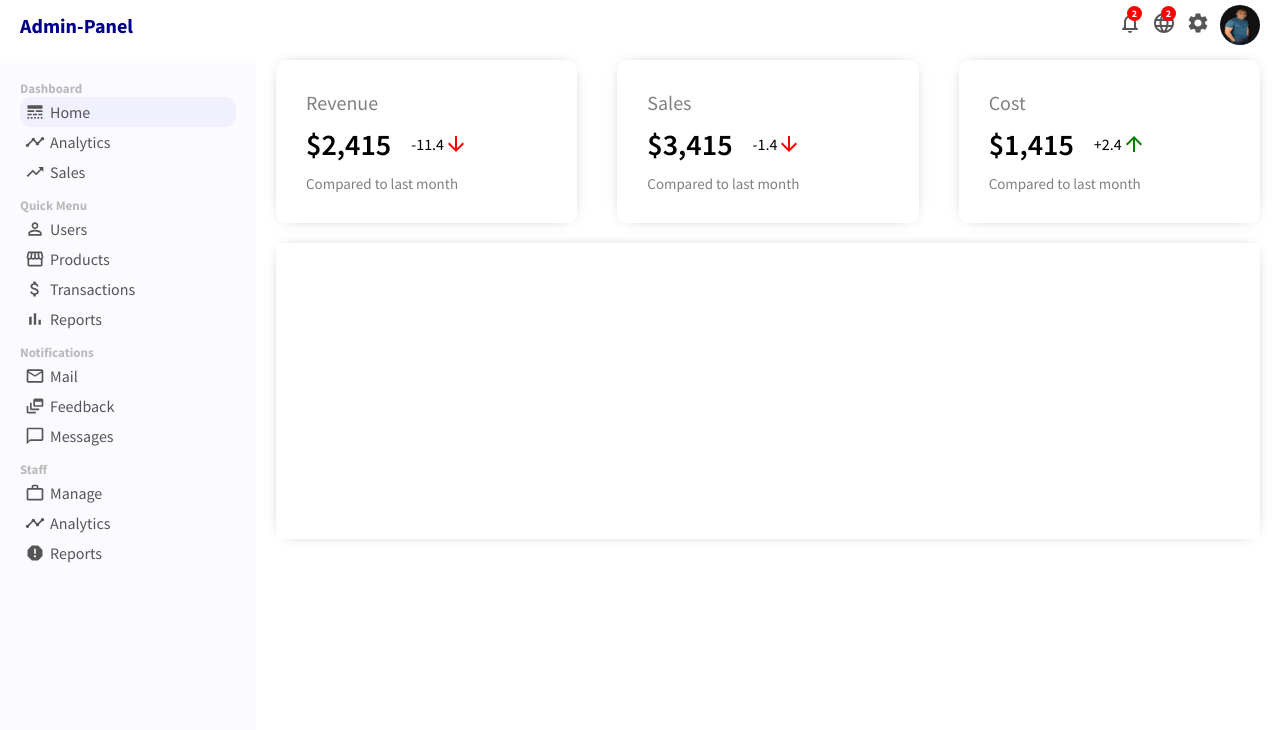
Repository: Samkiroko/admin-panel-ui
Page: /
The author's editor kept a copy of each file at every save. The page is drawn from the files as they stood at one save, then again after the next save.
The browser window is 1280 px wide. The pictures show the whole page.
The project was rebuilt for these pictures with package versions that can differ from the ones it lists, and the page was loaded fresh each time.

Above is the page before, as saved 2021-09-22 19:49:27.

After the next save:
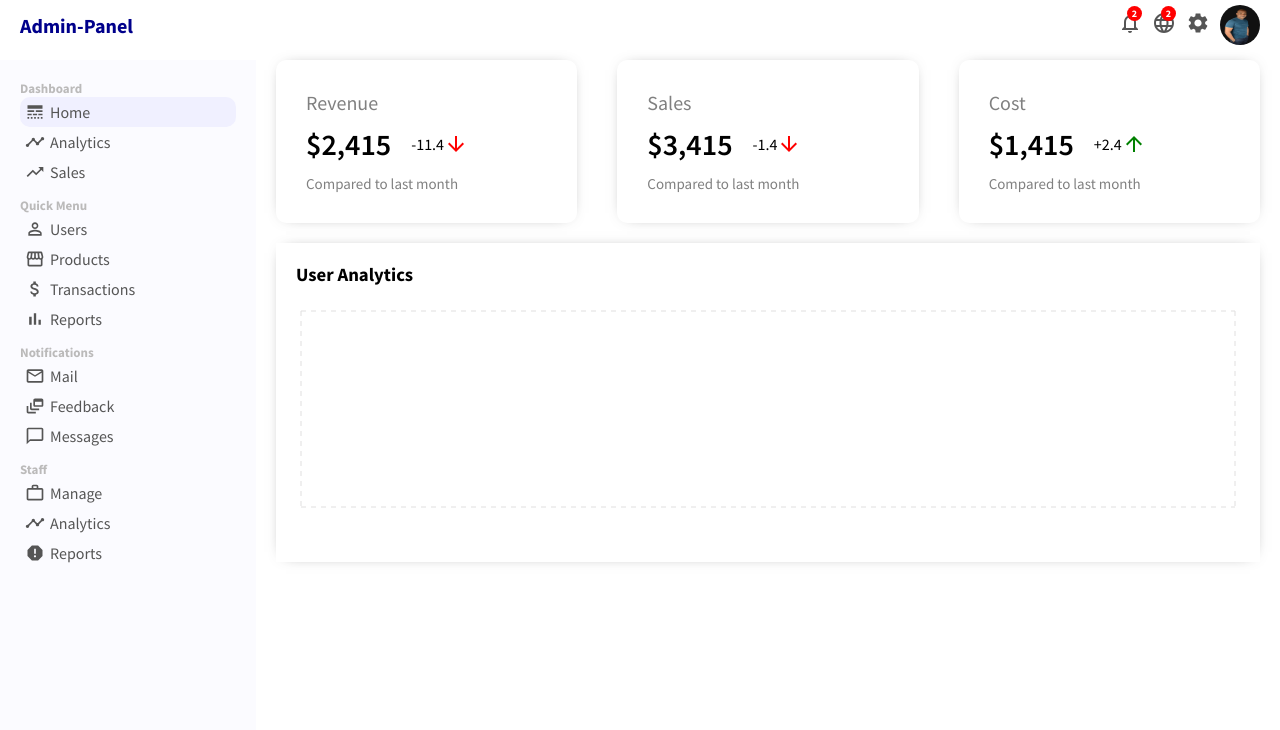
Saved 5 min 56 s later.
--- a/src/pages/home/Home.js
+++ b/src/pages/home/Home.js
@@ -2,12 +2,13 @@ import React from 'react'
 import Chart from '../../components/chart/Chart'
 import FeatureInfo from '../../components/featuredInfo/FeatureInfo'
 import './home.css'
+import { userData } from '../../dummyData'
 
 const Home = () => {
   return (
     <div className='home'>
       <FeatureInfo />
-      <Chart />
+      <Chart data={userData} title='User Analytics' grid dataKey='Active User' />
     </div>
   )
 }
